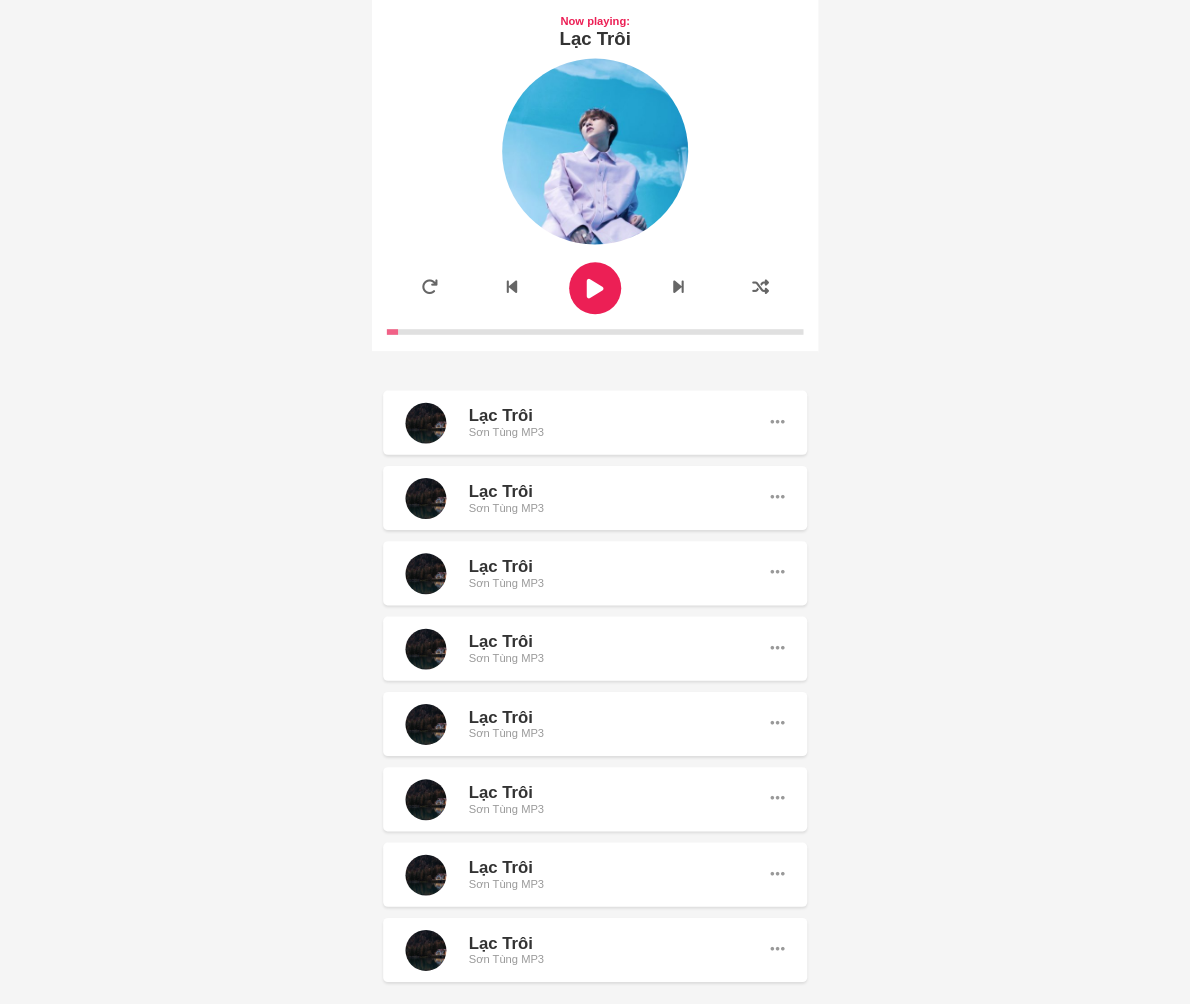
Repository: projectadmim/MyApp
Page: main.html
An editor plug-in stored every save of this project. The page is shown before and after a run of saves, followed by the edit.
The browser window is 1280 px wide. The pictures show the whole page, at 93% of full size.

Above is the page before, as saved 2023-10-11 20:24:53.

After the next 4 saves:
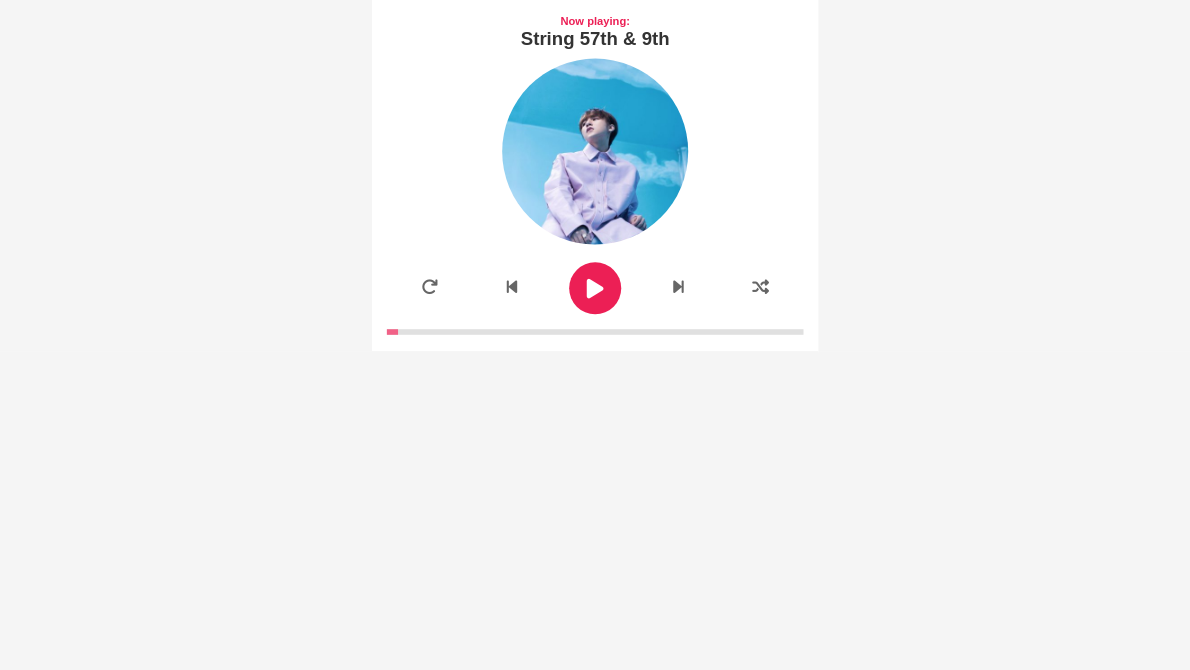
Console error: SyntaxError: Unexpected token '}'
The 4 saves are shown as one change because they came seconds apart.
The last was saved 60 s later.
--- a/text.js
+++ b/text.js
@@ -101,7 +101,7 @@ const app={
       const audio=$('#audio');
       console.log(heading,cdthumb,audio);
       heading.textContent=this.crrentSongs.name;
-      cdthumb.style.bac
+      cdthumb.style.
      },
      stars:function(){
       //định nghĩa  các thuộc tihs trong oject
